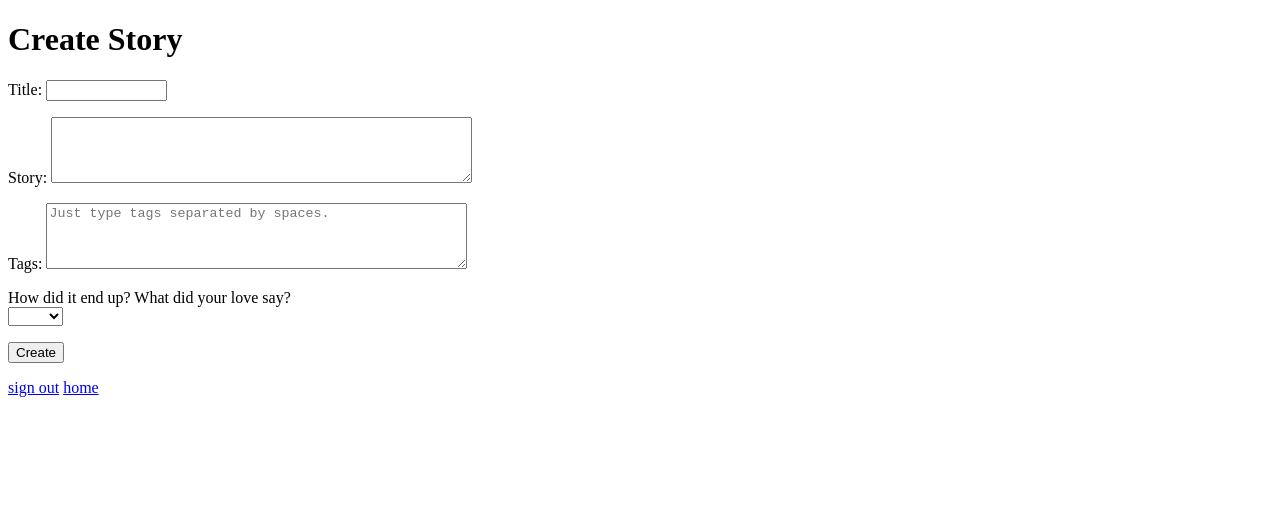
Repository: seantao97/publicProjects
Page: GuessTwoo/v8/Aptana Javascript/GuessTwooServer/views/update_conclude.html
These files come from the project's save history. The page is drawn as it stood at one moment and after the next save; the edit follows.
The browser window is 1280 px wide. The pictures show the whole page.

Above is the page before, as saved 2016-07-21 18:58:16.

After the next save:
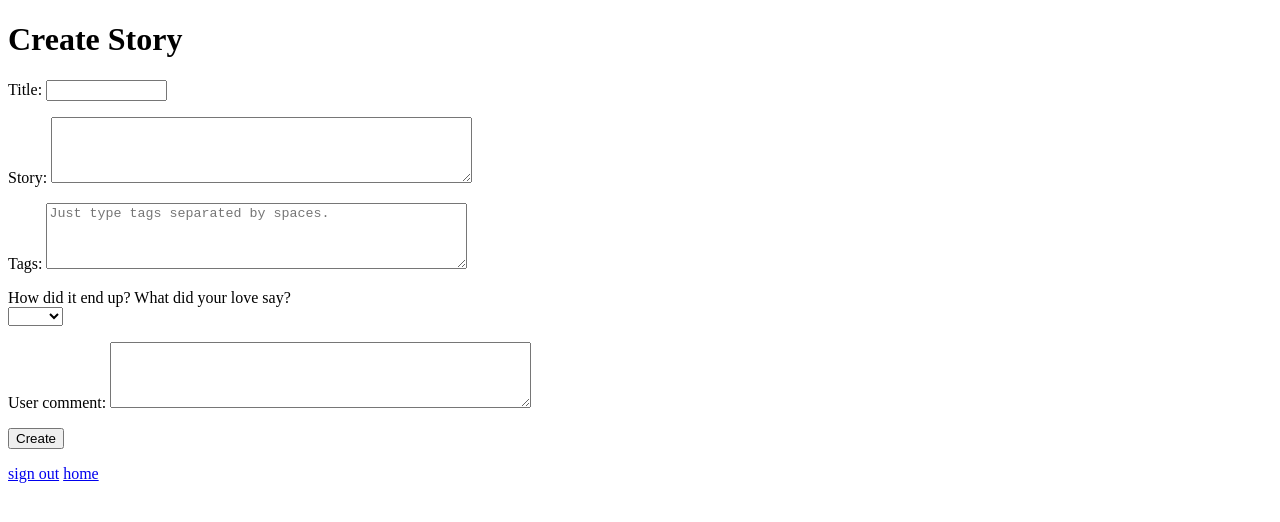
Saved 46 s later.
--- a/GuessTwoo/v8/Aptana Javascript/GuessTwooServer/views/update_conclude.html
+++ b/GuessTwoo/v8/Aptana Javascript/GuessTwooServer/views/update_conclude.html
@@ -29,7 +29,10 @@
                     <option value="" selected></option>
                 </select>
             </p>
-
+            <p>
+                User comment:
+                <textarea type="text" name="tags" id="tags" form="createStoryForm" size="12" maxlength=1000 rows="4" cols="50"></textarea>
+            </p>
             <p>
                 <input type="submit" name="createStory" id="createStory" value="Create"/>
             </p>
